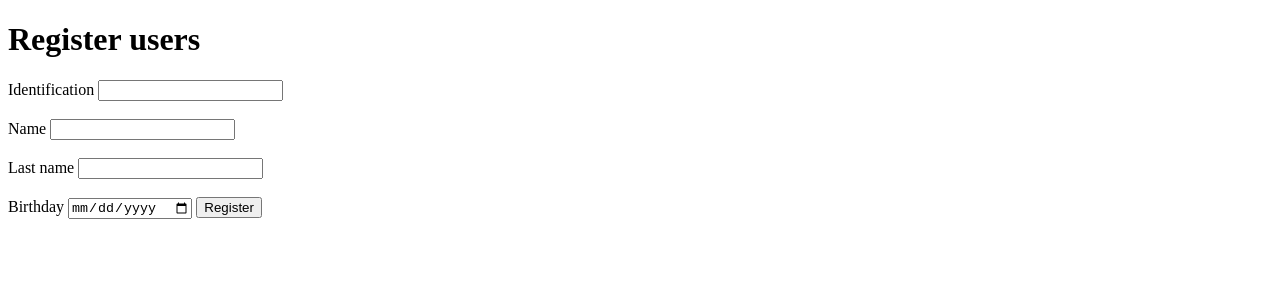
Repository: alexander7-co/proyecto9
Page: templates/register.html
The author's editor kept a record of every edit. The page is drawn from the files as they stood at one moment, then again after the next edit.
The browser window is 1280 px wide. The pictures show the whole page.

Above is the page before.

After the next edit:
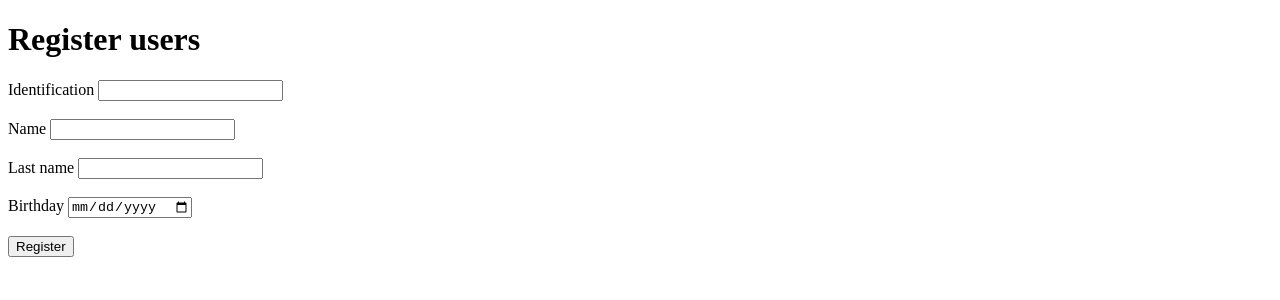
The edit:
--- a/templates/register.html
+++ b/templates/register.html
@@ -10,7 +10,7 @@
             <label>Identification</label> <input type= "number"/><br><br>
             <label>Name</label> <input type= "text"/><br><br>
             <label>Last name</label> <input type= "text"/><br><br>
-            <label>Birthday</label> <input type= "date"/>
+            <label>Birthday</label> <input type= "date"/><br><br>
             <button>Register</button>
 
     </body>
